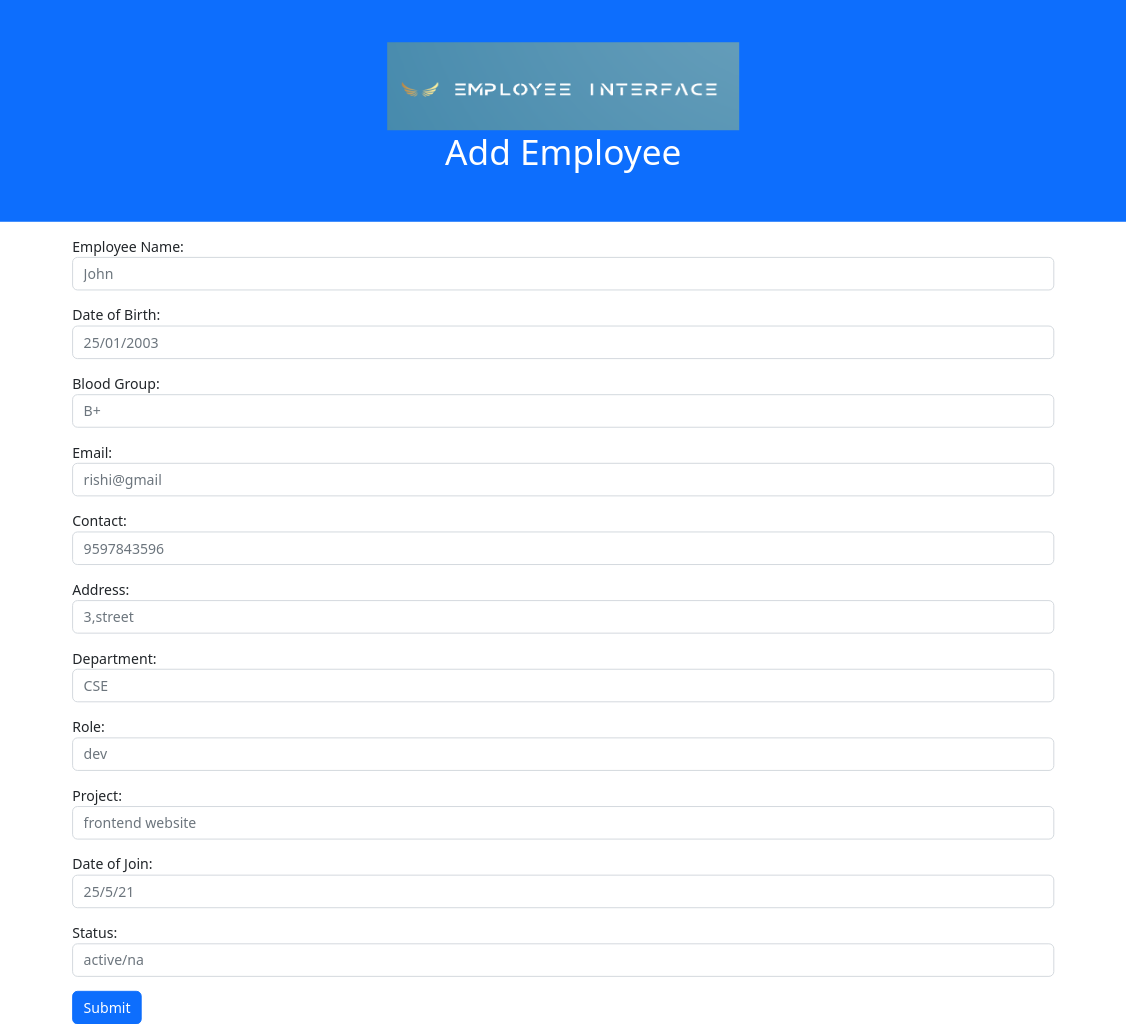
Repository: Rishicollinz/Java_Fullstack
Page: Eclipse 2/jspproject/src/main/webapp/add/add.html
These files come from the project's save history. The page is drawn as it stood at one moment and after the next save; the edit follows.
The browser window is 1280 px wide. The pictures show the whole page, at 88% of full size.

Above is the page before, as saved 2023-05-19 09:51:06.

After the next save:
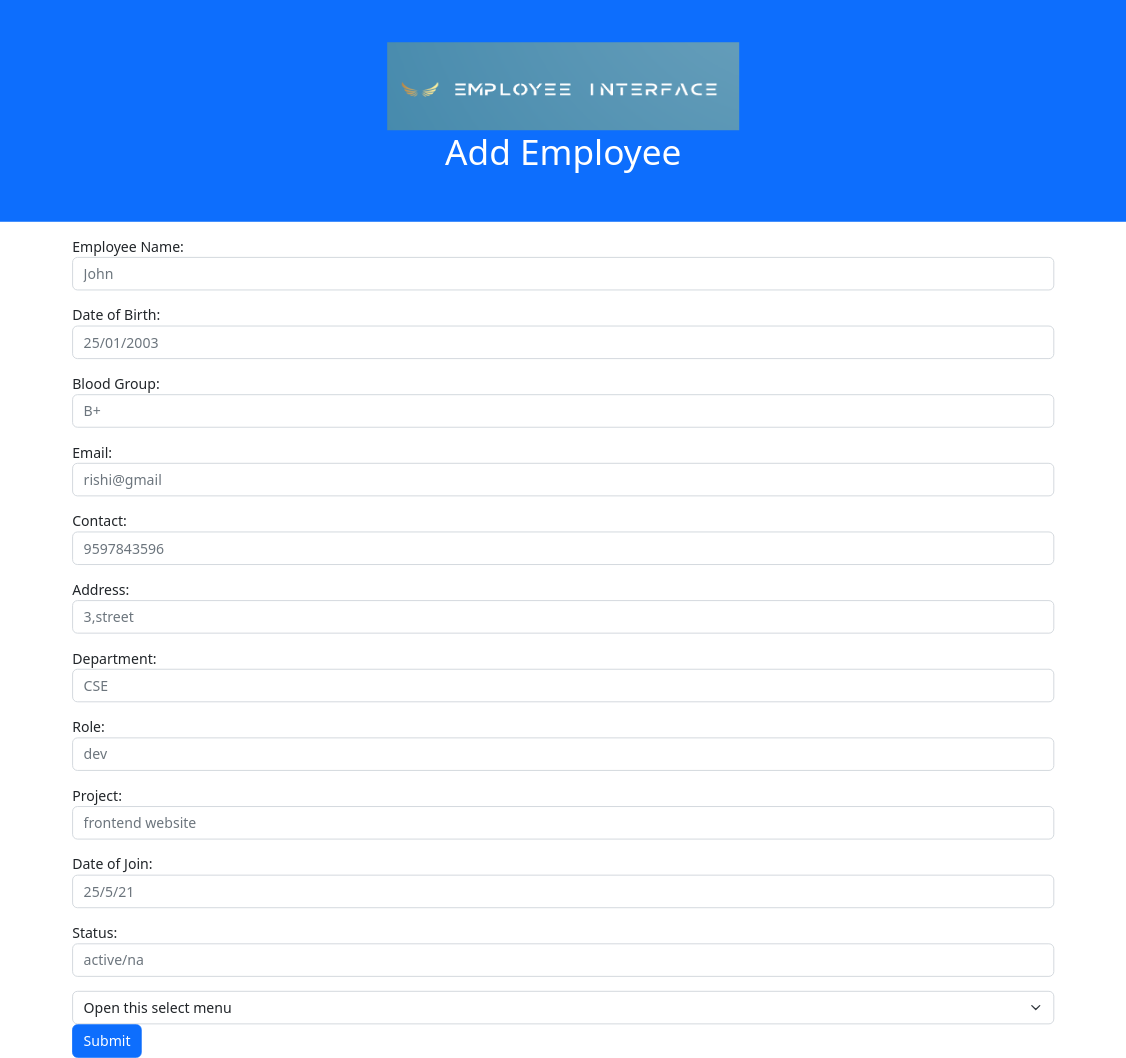
Saved 56 s later.
--- a/Eclipse 2/jspproject/src/main/webapp/add/add.html
+++ b/Eclipse 2/jspproject/src/main/webapp/add/add.html
@@ -61,7 +61,12 @@
       <label for="status">Status:</label>
       <input type="text" class="form-control"  placeholder="active/na" name="status">
     </div>
-
+	<select class="form-select" aria-label="Default select example">
+	  <option selected>Open this select menu</option>
+	  <option value="1">One</option>
+	  <option value="2">Two</option>
+	  <option value="3">Three</option>
+	</select>
     <button type="submit" class="btn btn-primary">Submit</button>
   </form>
 </div>

After the save that followed:
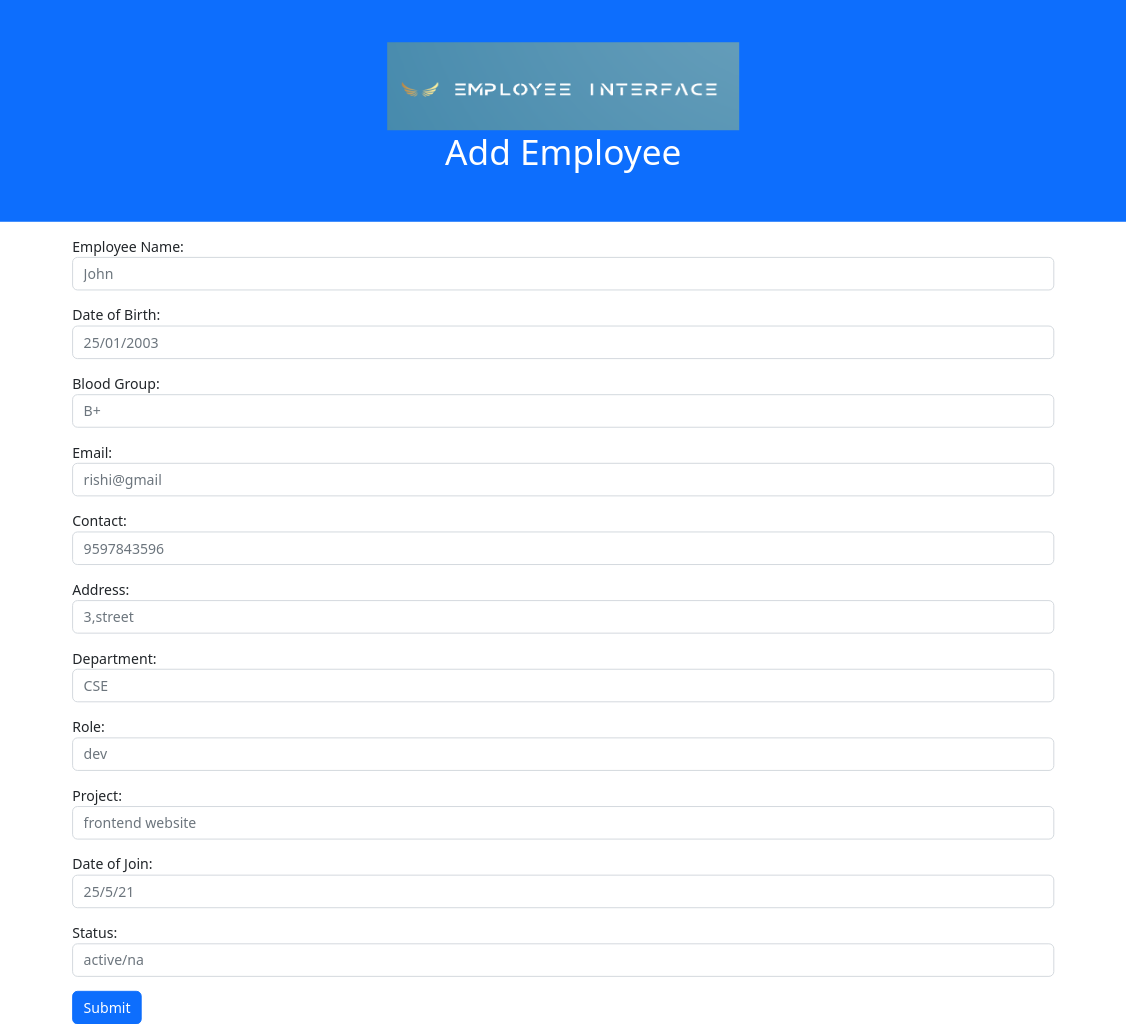
Saved 95 s later.
--- a/Eclipse 2/jspproject/src/main/webapp/add/add.html
+++ b/Eclipse 2/jspproject/src/main/webapp/add/add.html
@@ -19,54 +19,49 @@
   <form action="add.jsp" method="post">
     <div class="mb-3 mt-3">
       <label for="empName">Employee Name:</label>
-      <input type="text" class="form-control"  placeholder="John" name="empName">
+      <input type="text" class="form-control"  placeholder="John" name="empName" required>
     </div>
     <div class="mb-3 mt-3">
       <label for="dob">Date of Birth:</label>
-      <input type="text" class="form-control"  placeholder="25/01/2003" name="dob">
+      <input type="text" class="form-control"  placeholder="25/01/2003" name="dob" required>
     </div>
     <div class="mb-3 mt-3">
       <label for="bloodgrp">Blood Group:</label>
-      <input type="text" class="form-control"  placeholder="B+" name="bloodgrp">
+      <input type="text" class="form-control"  placeholder="B+" name="bloodgrp" required>
     </div>
     <div class="mb-3 mt-3">
       <label for="email">Email:</label>
-      <input type="text" class="form-control"  placeholder="rishi@gmail" name="email">
+      <input type="text" class="form-control"  placeholder="rishi@gmail" name="email" required>
     </div>
     <div class="mb-3 mt-3">
       <label for="contact">Contact:</label>
-      <input type="text" class="form-control"  placeholder="9597843596" name="contact">
+      <input type="text" class="form-control"  placeholder="9597843596" name="contact" required>
     </div>
     <div class="mb-3 mt-3">
       <label for="address">Address:</label>
-      <input type="text" class="form-control"  placeholder="3,street" name="address">
+      <input type="text" class="form-control"  placeholder="3,street" name="address" required>
     </div>
     <div class="mb-3 mt-3">
       <label for="deptName">Department:</label>
-      <input type="text" class="form-control"  placeholder="CSE" name="deptName">
+      <input type="text" class="form-control"  placeholder="CSE" name="deptName" required>
     </div>
     <div class="mb-3 mt-3">
       <label for="role">Role:</label>
-      <input type="text" class="form-control"  placeholder="dev" name="role">
+      <input type="text" class="form-control"  placeholder="dev" name="role" required>
     </div>
     <div class="mb-3 mt-3">
       <label for="proj">Project:</label>
-      <input type="text" class="form-control"  placeholder="frontend website" name="proj">
+      <input type="text" class="form-control"  placeholder="frontend website" name="proj" required>
     </div>
     <div class="mb-3 mt-3">
       <label for="doj">Date of Join:</label>
-      <input type="text" class="form-control"  placeholder="25/5/21" name="doj">
+      <input type="text" class="form-control"  placeholder="25/5/21" name="doj" required>
     </div>
     <div class="mb-3 mt-3">
       <label for="status">Status:</label>
-      <input type="text" class="form-control"  placeholder="active/na" name="status">
+      <input type="text" class="form-control"  placeholder="active/na" name="status" required>
     </div>
-	<select class="form-select" aria-label="Default select example">
-	  <option selected>Open this select menu</option>
-	  <option value="1">One</option>
-	  <option value="2">Two</option>
-	  <option value="3">Three</option>
-	</select>
+
     <button type="submit" class="btn btn-primary">Submit</button>
   </form>
 </div>
